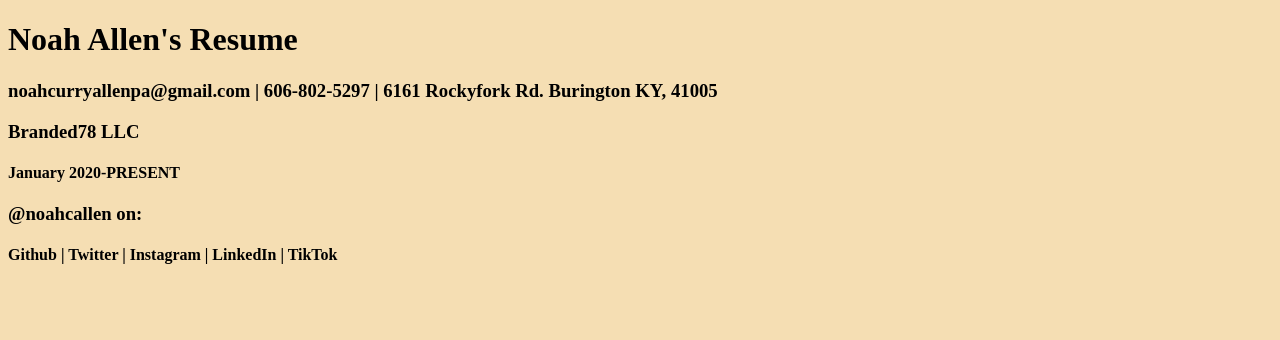
Repository: noahcallen/LAB-HTML-Resume
Page: index.html
An editor plug-in stored every save of this project. The page is shown before and after the next save, followed by the edit.
The browser window is 1280 px wide. The pictures show the whole page.

Above is the page before, as saved 2024-07-08 21:27:16.

### index.html
<!DOCTYPE html>
<html lang="en">
<head>
  <meta charset="UTF-8">
  <meta name="viewport" content="width=device-width, initial-scale=1.0">
  <title>Document</title>
  <link rel="stylesheet" href="main.css">
</head>
<body>
  <div class="HEADER"></div>
  <!--HEADER-->
  <h1>Noah Allen's Resume</h1>
  <h3> noahcurryallenpa@gmail.com | 606-802-5297 | 6161 Rockyfork Rd. Burington KY, 41005</h3>
<!--END HEADER-->
  </div>

  <article id="Job1">
    <h3>Branded78 LLC</h3>
    <h4>January 2020-PRESENT</h4>
    <section>

    </section>
  </article>

  <article id="Job2">
    <h3></h3>
    <section>

    </section>
  </article>

  <article id="Job3">
    <h3></h3>
    <section>

    </section>
  </article>

  <div class="FOOTER">
    <!-- FOOTER-->
     <h3>@noahcallen on:</h3>
     <h4>Github | Twitter | Instagram | LinkedIn | TikTok</h4>
    <!-- FOOTER-->
  </div>



  <script src="main.js"></script>
</body>
</html>

### main.css
body {
  background-color: wheat;

}

Loaded but not shown: main.js (no stored copy; drawn as an empty file)

After the next save:
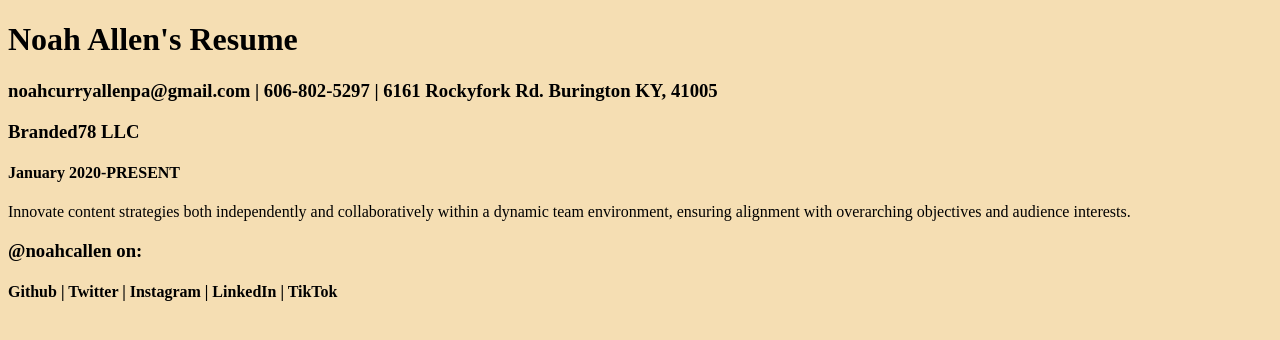
Saved 117 s later.
--- a/index.html
+++ b/index.html
@@ -18,7 +18,7 @@
     <h3>Branded78 LLC</h3>
     <h4>January 2020-PRESENT</h4>
     <section>
-
+      <p>Innovate content strategies both independently and collaboratively within a dynamic team environment, ensuring alignment with overarching objectives and audience interests.</p>
     </section>
   </article>
 
